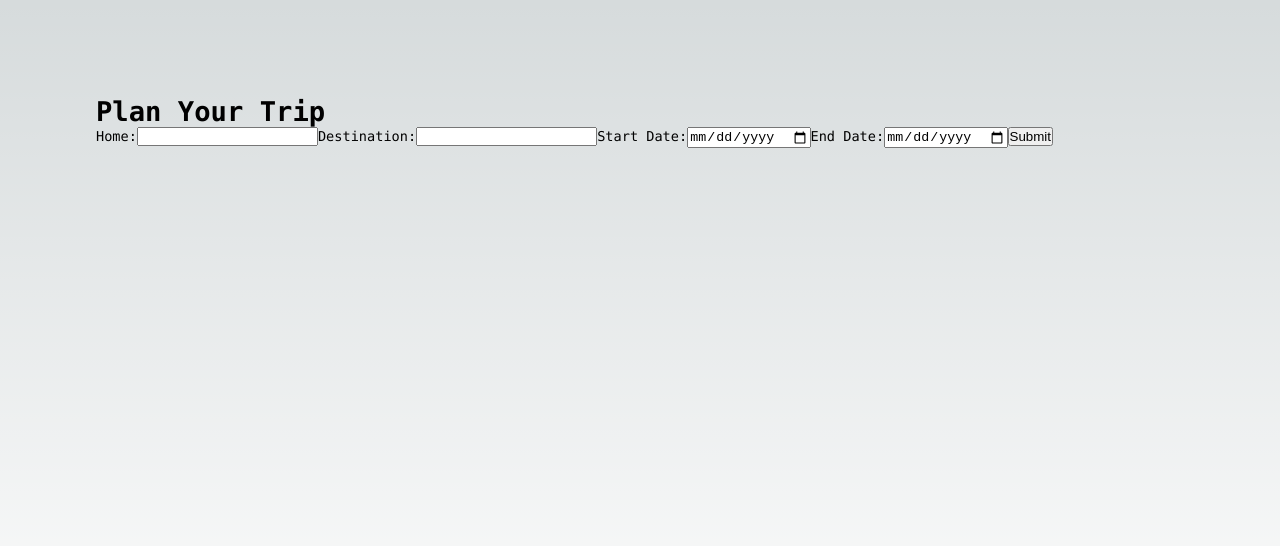
Repository: aobeid1979/reseplanerna
Page: / (app in reseplanerna/)
The author's editor kept a copy of each file at every save. The page is drawn from the files as they stood at one save, then again after the next save.
The browser window is 1280 px wide. The pictures show the whole page.
The project was rebuilt for these pictures with package versions that can differ from the ones it lists, and the page was loaded fresh each time. The framework's server and built-in components were replaced by stand-ins that run in the browser. Also part of the build but not shown: reseplanerna/next.config.mjs.

Above is the page before, as saved 2024-04-23 22:09:10.

After the next save:
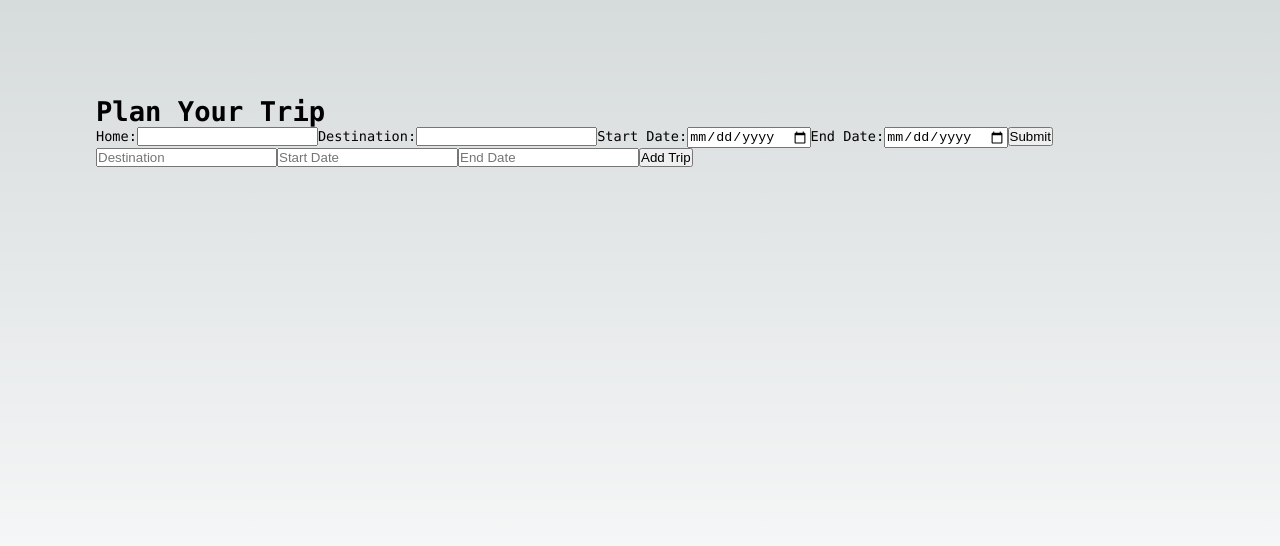
Saved 2 min 52 s later.
--- a/reseplanerna/src/components/TripList/TripList.jsx
+++ b/reseplanerna/src/components/TripList/TripList.jsx
@@ -1,25 +1,29 @@
-import React, { useState, useEffect } from 'react';
+import React, { useState } from 'react';
 
-function TripList() {
-  const [trips, setTrips] = useState([]);
+function TripForm() {
+  const [trip, setTrip] = useState({ destination: '', startDate: '', endDate: '' });
 
-  useEffect(() => {
+  const handleChange = (event) => {
+    setTrip({ ...trip, [event.target.name]: event.target.value });
+  };
+
+  const handleSubmit = (event) => {
+    event.preventDefault();
     const storedTrips = localStorage.getItem('trips');
-    if (storedTrips) {
-      setTrips(JSON.parse(storedTrips));
-    }
-  }, []);
+    const trips = storedTrips ? JSON.parse(storedTrips) : [];
+    trips.push(trip);
+    localStorage.setItem('trips', JSON.stringify(trips));
+    setTrip({ destination: '', startDate: '', endDate: '' });
+  };
 
   return (
-    <div>
-      {trips.map((trip, index) => (
-        <div key={index}>
-          <h2>{trip.destination}</h2>
-          <p>{trip.startDate} - {trip.endDate}</p>
-        </div>
-      ))}
-    </div>
+    <form onSubmit={handleSubmit}>
+      <input name="destination" value={trip.destination} onChange={handleChange} placeholder="Destination" required />
+      <input name="startDate" value={trip.startDate} onChange={handleChange} placeholder="Start Date" required />
+      <input name="endDate" value={trip.endDate} onChange={handleChange} placeholder="End Date" required />
+      <button type="submit">Add Trip</button>
+    </form>
   );
 }
 
-export default TripList;
+export default TripForm;
